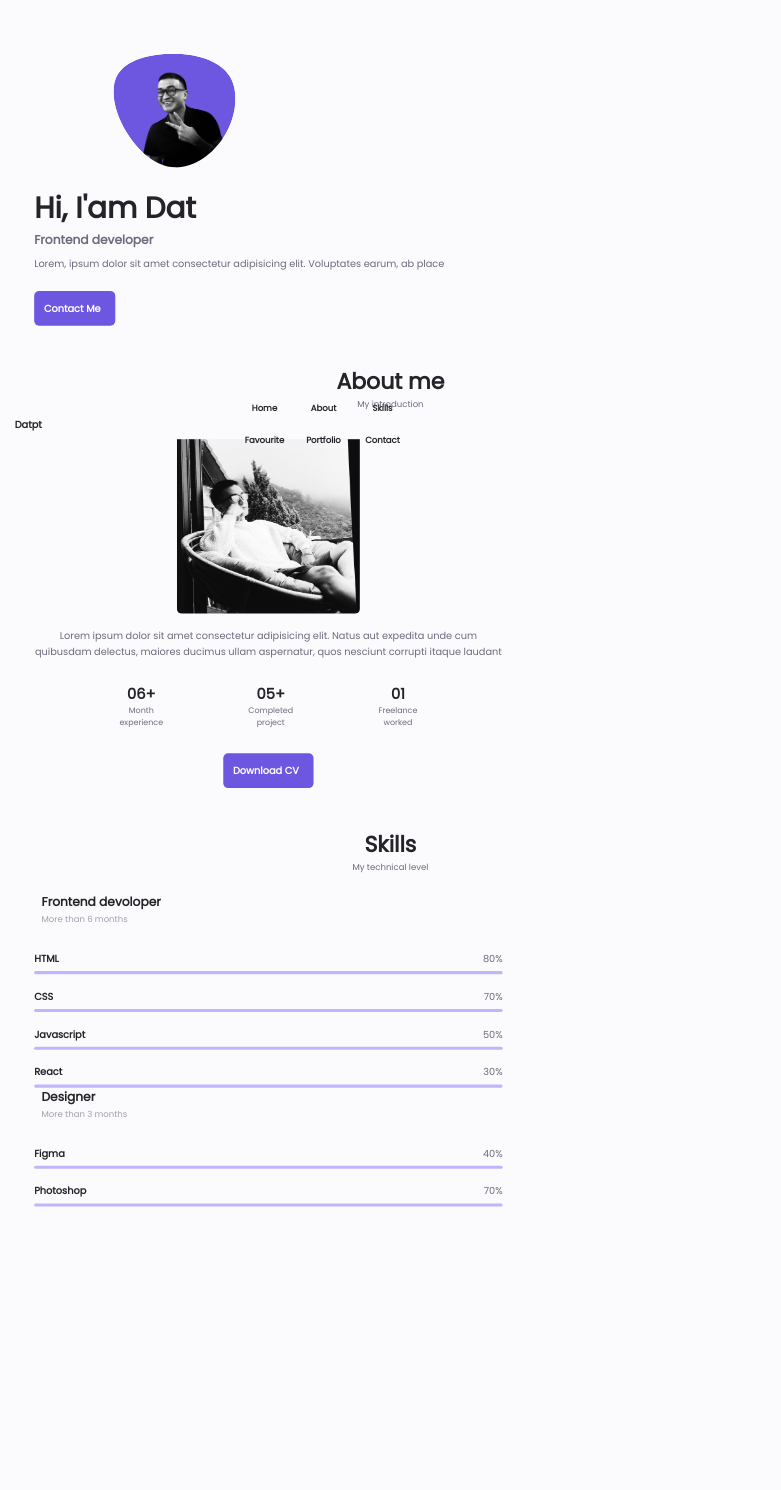
Repository: Datt21/portfolio
Page: index.html
The author's editor kept a copy of each file at every save. The page is drawn from the files as they stood at one save, then again after the next save.
The browser window is 1280 px wide. The pictures show the whole page, at 61% of full size.
Some icons come from a web library that is not loaded, so they are not drawn.

Above is the page before, as saved 2021-07-10 17:27:34.

After the next save:
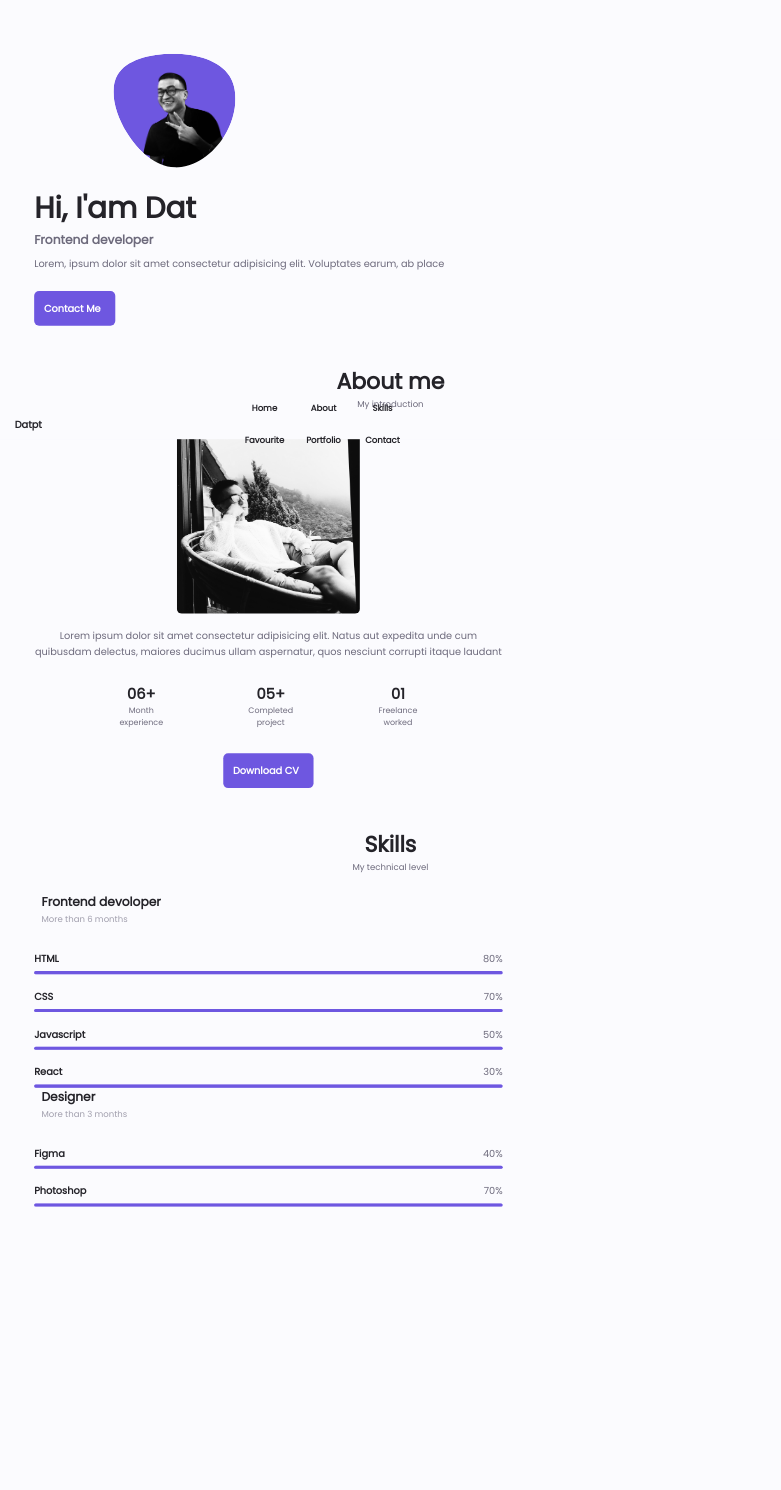
Saved 43 s later.
--- a/Css/style.css
+++ b/Css/style.css
@@ -435,6 +435,11 @@ img{
 .skills__bar{
     background: var(--first-color-lighter);
 }
+
+.skills__percentage{
+    display: block;
+    background-color: var(--first-color);
+}
 /*==================== QUALIFICATION ====================*/
 
 
